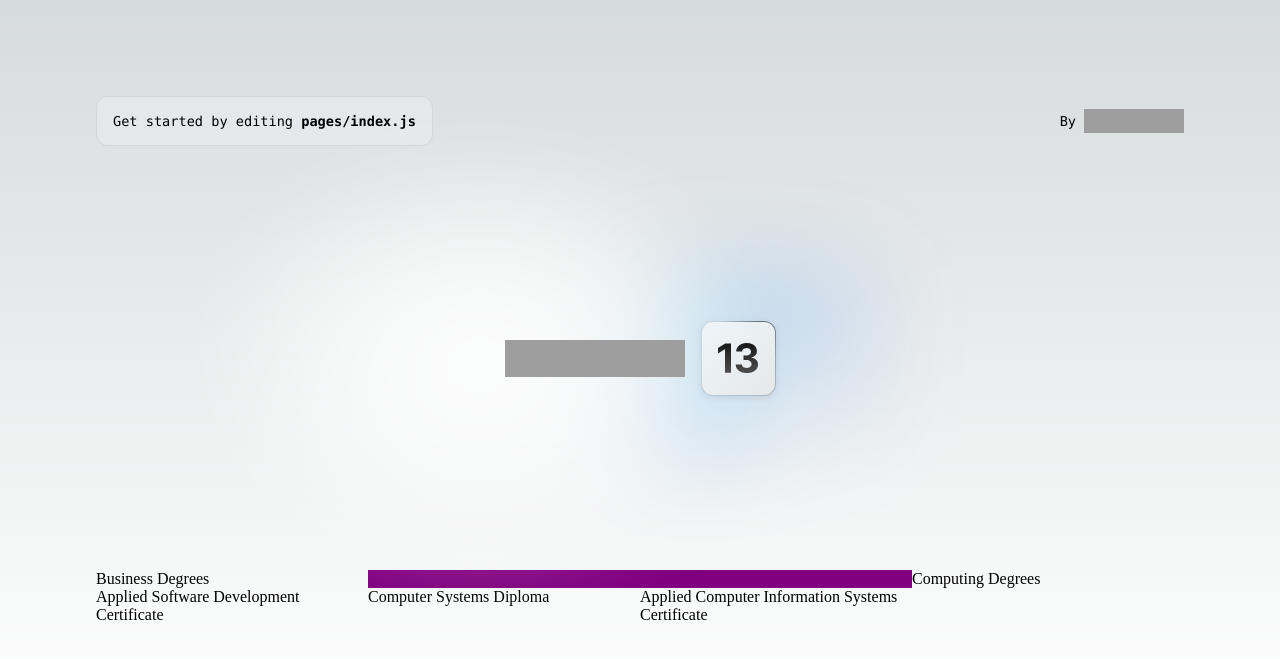
Repository: JacobSkilling-dot/week3-DynamicDesign
Page: / (app in Week-3-example/)
The author's editor kept a copy of each file at every save. The page is drawn from the files as they stood at one save, then again after the next save.
The browser window is 1280 px wide. The pictures show the whole page.
Pictures or frames that could not be fetched are drawn as grey boxes. The project was rebuilt for these pictures with package versions that can differ from the ones it lists, and the page was loaded fresh each time. The framework's server and built-in components were replaced by stand-ins that run in the browser. Also part of the build but not shown: Week-3-example/next.config.js.

Above is the page before, as saved 2023-01-16 11:05:23.

### Week-3-example/pages/index.js
import Head from 'next/head'
import Image from 'next/image'
import { Inter } from '@next/font/google'
import styles from '@/styles/Home.module.css'
import data from '../data/education.json'
import { useState } from 'react'
import Card from '../components/Card'

const inter = Inter({ subsets: ['latin'] })

export default function Home() {

  console.log(data);
  const [information, setInformation] = useState([...data])

  return (
    <>
      <Head>
        <title>Create Next App</title>
        <meta name="description" content="Generated by create next app" />
        <meta name="viewport" content="width=device-width, initial-scale=1" />
        <link rel="icon" href="/favicon.ico" />
      </Head>
      <main className={styles.main}>
        <div className={styles.description}>
          <p>
            Get started by editing&nbsp;
            <code className={styles.code}>pages/index.js</code>
          </p>
          <div>
            <a
              href="https://vercel.com?utm_source=create-next-app&utm_medium=default-template&utm_campaign=create-next-app"
              target="_blank"
              rel="noopener noreferrer"
            >
              By{' '}
              <Image
                src="/vercel.svg"
                alt="Vercel Logo"
                className={styles.vercelLogo}
                width={100}
                height={24}
                priority
              />
            </a>
          </div>
        </div>

        <div className={styles.center}>
          <Image
            className={styles.logo}
            src="/next.svg"
            alt="Next.js Logo"
            width={180}
            height={37}
            priority
          />
          <div className={styles.thirteen}>
            <Image
              src="/thirteen.svg"
              alt="13"
              width={40}
              height={31}
              priority
            />
          </div>
        </div>

        <div className={styles.grid}>
          <div>Business Degrees</div>
          {information && information.map((info, index) => {
            if(info.department.toLowerCase() === "business") {
            return (
              <Card key={index}/>
            )
          }
        })}


          <div>Computing Degrees</div>
          {information && information.map((info, index) => {
            if(info.department.toLowerCase() === "computing") {
            return (
              <div key={index}>{info.degree}</div>
            )
          }
        })}
        </div>
      </main>
    </>
    )
  }

### Week-3-example/data/education.json
[
        {
            "studentNumber": "A0004567",
            "firstName": "Person 1",
            "gpa": 3.8,
            "department": "Business",
            "degree": "Finance",
            "graduated": 2014
        },
        {
            "studentNumber": "A0001234",
            "firstName": "Person 2",
            "gpa": 3.5,
            "department": "Business",
            "degree": "Accounting",
            "graduated": 2010
        },
        {
            "studentNumber": "A0007890",
            "firstName": "Person 3",
            "gpa": 3.2,
            "department": "Computing",
            "degree": "Applied Software Development Certificate",
            "graduated": 2018
        },
        {
            "studentNumber": "A0007828",
            "firstName": "Person 4",
            "gpa": 3.9,
            "department": "Computing",
            "degree": "Computer Systems Diploma",
            "graduated": 2021
        },
        {
            "studentNumber": "A0003425",
            "firstName": "Person 5",
            "gpa": 3.2,
            "department": "Computing",
            "degree": "Applied Computer Information Systems Certificate",
            "graduated": 2021
        }
]

### Week-3-example/components/Card/index.js
export default function Card({
    degree = "none",
    colour = "purple",
    font = "0",
    image = "icon/personTwo.png"
}) {
    return(
        <div style={{backgroundColor: colour, fontSize:font}}>
            {degree}
        </div>
    )
}

Loaded but not shown: Week-3-example/pages/_app.js (common file); Week-3-example/pages/_document.js (common file); Week-3-example/styles/globals.css (common file); Week-3-example/styles/Home.module.css (common file)

After the next save:
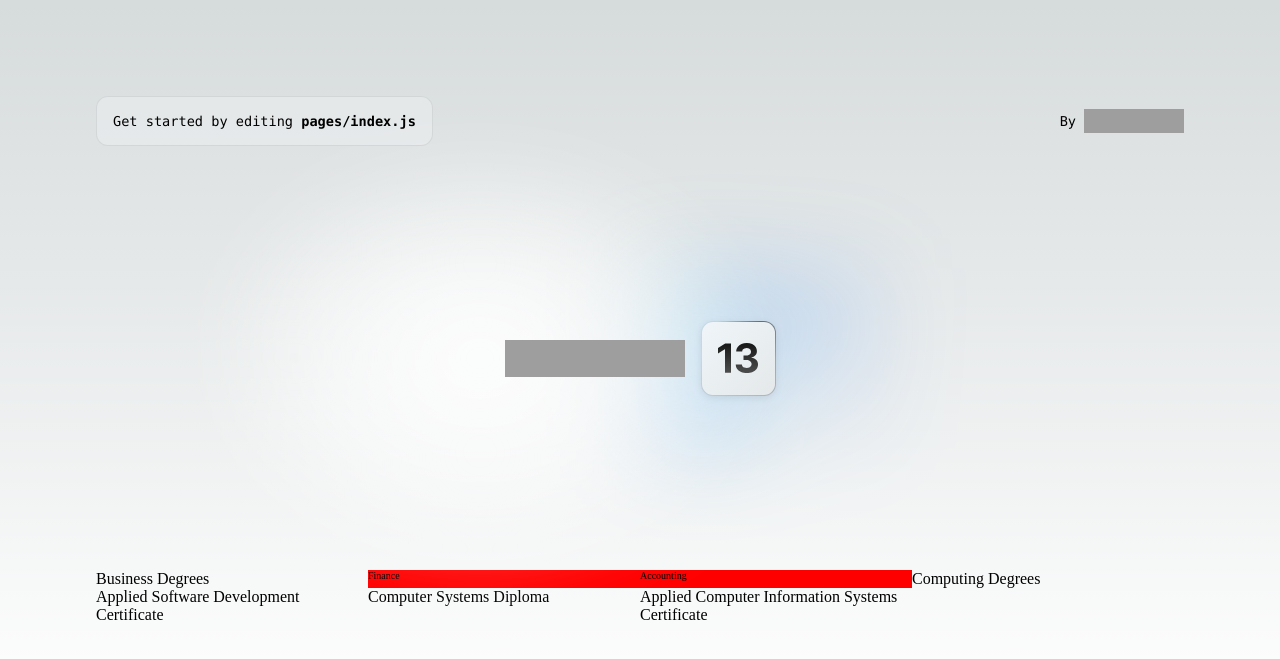
Saved 56 s later.
--- a/Week-3-example/pages/index.js
+++ b/Week-3-example/pages/index.js
@@ -71,7 +71,7 @@ export default function Home() {
           {information && information.map((info, index) => {
             if(info.department.toLowerCase() === "business") {
             return (
-              <Card key={index}/>
+              <Card key={index} degree={info.degree} colour="red" font="10px"/>
             )
           }
         })}
